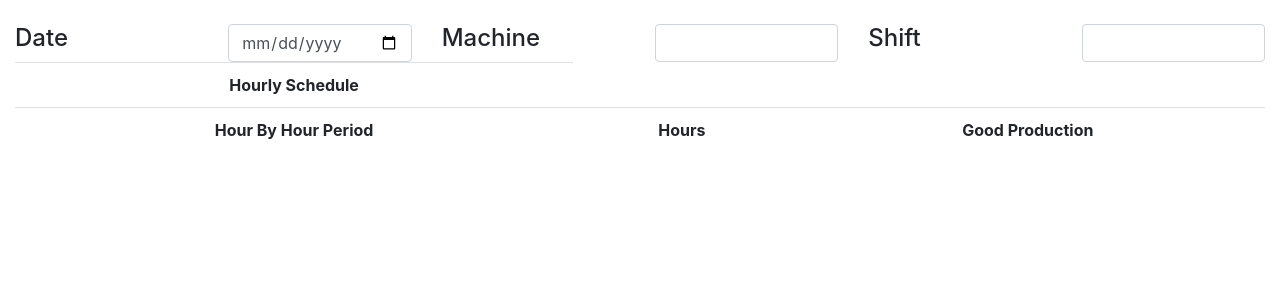
Repository: hisamit97/TVS-Locas
Page: index.html
The author's editor kept a copy of each file at every save. The page is drawn from the files as they stood at one save, then again after the next save.
The browser window is 1280 px wide. The pictures show the whole page.

Above is the page before, as saved 2020-11-30 12:47:51.

### index.html
<html>

<head>
    <title>TVS LoCas</title>
    <link rel="stylesheet" href="https://cdn.jsdelivr.net/npm/bootstrap@4.5.3/dist/css/bootstrap.min.css" integrity="sha384-TX8t27EcRE3e/ihU7zmQxVncDAy5uIKz4rEkgIXeMed4M0jlfIDPvg6uqKI2xXr2" crossorigin="anonymous">

<!-- jQuery and JS bundle w/ Popper.js -->
<script src="https://code.jquery.com/jquery-3.5.1.slim.min.js" integrity="sha384-DfXdz2htPH0lsSSs5nCTpuj/zy4C+OGpamoFVy38MVBnE+IbbVYUew+OrCXaRkfj" crossorigin="anonymous"></script>
<script src="https://cdn.jsdelivr.net/npm/bootstrap@4.5.3/dist/js/bootstrap.bundle.min.js" integrity="sha384-ho+j7jyWK8fNQe+A12Hb8AhRq26LrZ/JpcUGGOn+Y7RsweNrtN/tE3MoK7ZeZDyx" crossorigin="anonymous"></script>
</head>
<body>
    <div class="container-fluid">
        <div class="row">
            <div class="col-md-4"></div>
            <div class="col-md-4"></div>
            <div class="col-md-4"></div>
        </div>
        <br>
        <div class="row" >
            <div class="col-md-4">
                <div class="row">
                    <div class="col-md-6"><h4>Date</h4></div>
                    <div class="col-md-6"><input type="date" class="form-control mr-3"></div>
                </div>
            </div>
            <div class="col-md-4">
                <div class="row">
                    <div class="col-md-6"><h4>Machine</h4></div>
                    <div class="col-md-6"><input type="text" class="form-control"></div>
                </div>
            </div>
            <div class="col-md-4">
                <div class="row">
                    <div class="col-md-6"><h4>Shift</h4></div>
                    <div class="col-md-6"><input type="text" class="form-control"></div>
                </div>
            </div>
        </div>
        <div class="row">
            <div class="col-md-12">
                <table class="table">
                   <tr style="text-align: center;">
                       <th>Hourly Schedule</th>
                   </tr>
                   <tr style="text-align: center;">
                       <th>Hour By Hour Period</th>
                       <th>Hours</th>
                       <th>Good Production</th>
                    </tr>
                </table>
            </div>
        </div>
    </div>
</body>
</html>

After the next save:
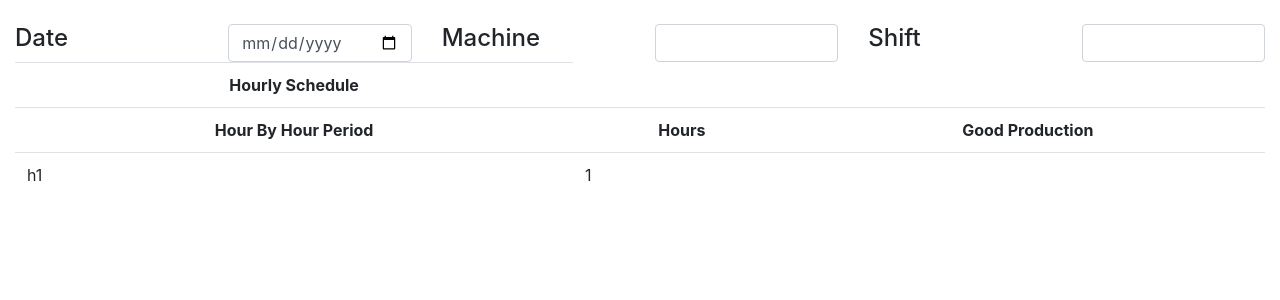
Saved 2 min 48 s later.
--- a/index.html
+++ b/index.html
@@ -47,6 +47,12 @@
                        <th>Hours</th>
                        <th>Good Production</th>
                     </tr>
+                    <tr>
+                        <td>h1</td>
+                        <td>1</td>
+                        <td></td>
+                    </tr>
+
                 </table>
             </div>
         </div>
